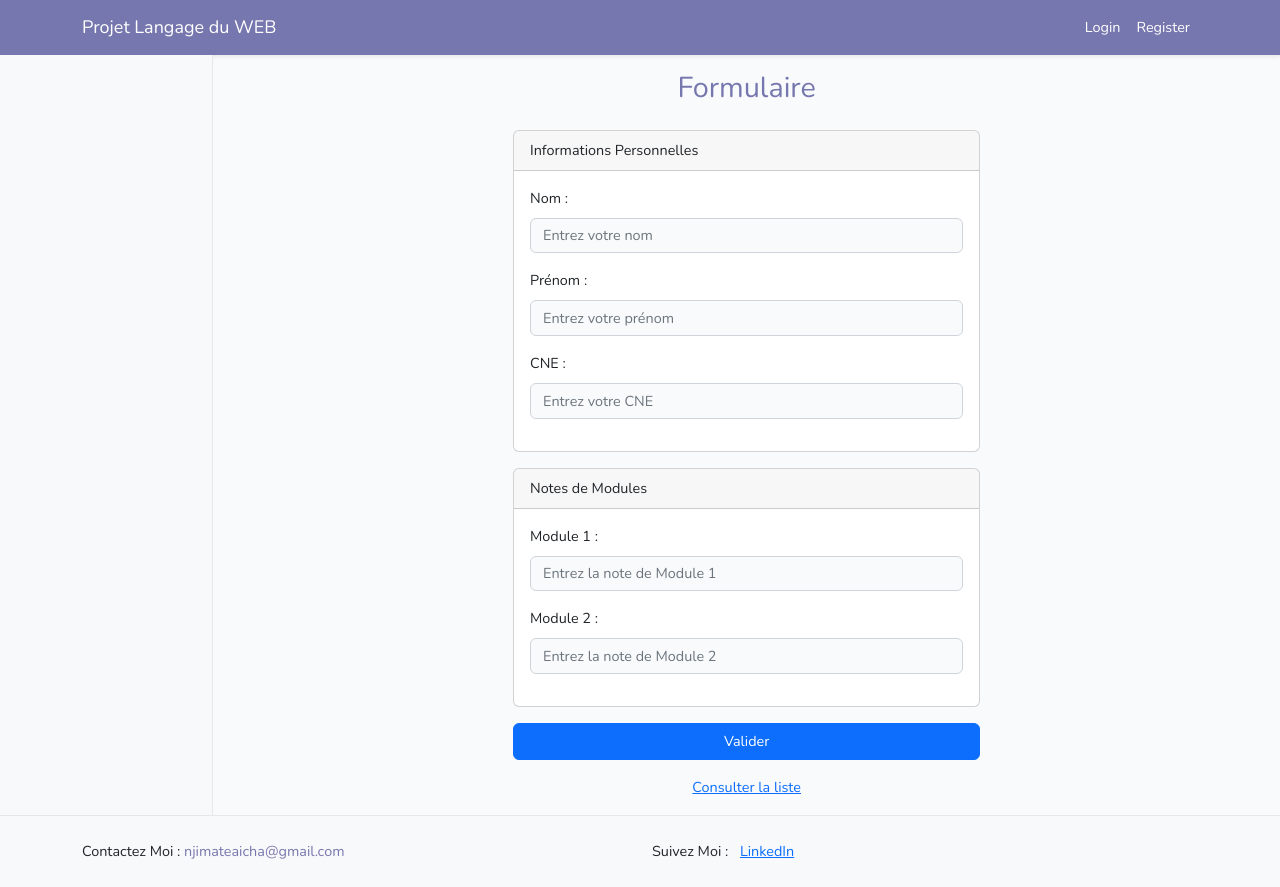
Repository: NjimateAicha/LaravelWeb
Page: http://localhost/etudiant/create
An editor plug-in stored every save of this project. The page is shown before and after the next save, followed by the edit.
The browser window is 1280 px wide. The pictures show the whole page.
Some web libraries are served in a nearby version. The page is served by the project's Laravel application, run on PHP 8.4 with Laravel 9. Style sheets and scripts are compiled from the project's sources, by tool versions that may differ from the author's.

Above is the page before, as saved 2024-05-19 17:55:57.

After the next save:
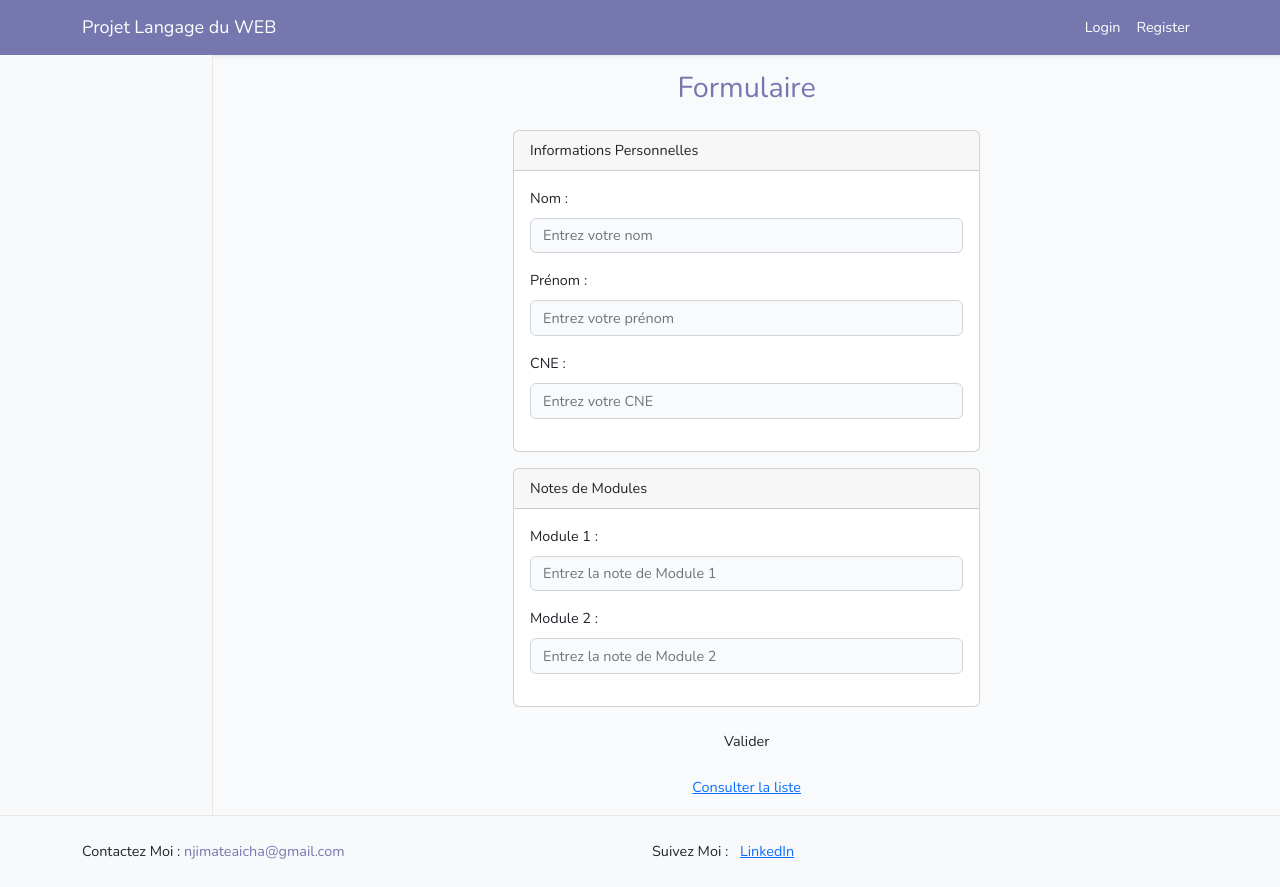
Saved 14 s later.
--- a/resources/views/etudiant/create.blade.php
+++ b/resources/views/etudiant/create.blade.php
@@ -54,7 +54,7 @@
                     </div>
                 </div>
                 <!-- Bouton Valider -->
-                <button type="submit" class="btn btn-primary btn-block">Valider</button>
+                <button type="submit" class="btn tn-primary btn-block">Valider</button>
             </form>
             <!-- Lien pour consulter la liste -->
             <p class="text-center mt-3"><a href="{{ route('etudiant.index') }}">Consulter la liste</a></p>
